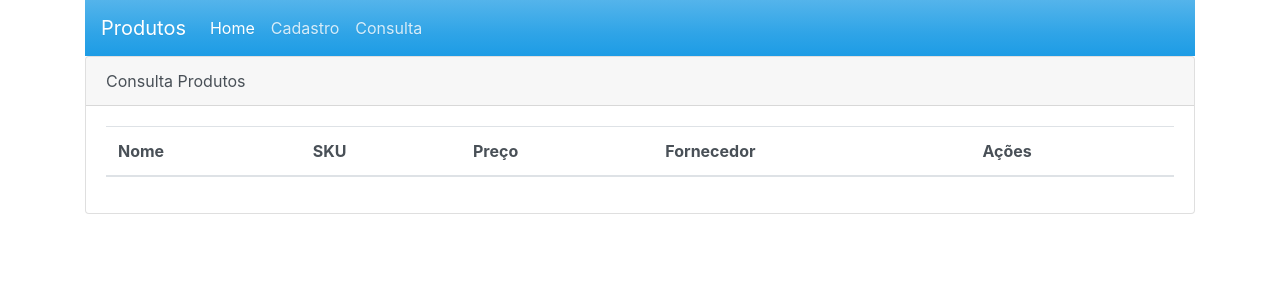
Repository: charles014/curso-react-2020
Page: /#/consulta-produtos (app in cadastro-produtos/)
An editor plug-in stored every save of this project. The page is shown before and after a run of saves, followed by the edit.
The browser window is 1280 px wide. The pictures show the whole page.
Some web libraries are served in a nearby version. The project was rebuilt for these pictures with package versions that can differ from the ones it lists, and the page was loaded fresh each time. Also part of the build but not shown: cadastro-produtos/src/index.css, cadastro-produtos/src/pages/produtos/cadastro.js, cadastro-produtos/src/pages/home.js.

Above is the page before, as saved 2020-09-21 11:33:11.

After the next 2 saves:
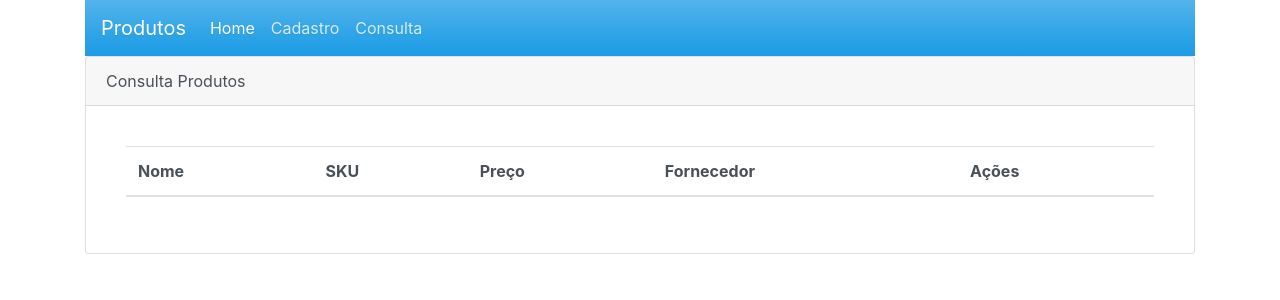
The 2 saves are shown as one change because 1 did not build or start.
The last was saved 47 s later.
--- a/cadastro-produtos/src/pages/produtos/consulta.js
+++ b/cadastro-produtos/src/pages/produtos/consulta.js
@@ -35,10 +35,7 @@
 
         return (
 
-            <div className="card">
-                <div className="card-header">
-                    Consulta Produtos
-            </div>
+            <Card header="Consulta Produtos">
                 <div className="card-body">
                     <table className="table table-hover">
                         <thead>
@@ -70,7 +67,7 @@
                         </tbody>
                     </table>
                 </div>
-            </div>
+            </Card>
 
         )
     }

After the 3 saves that followed:
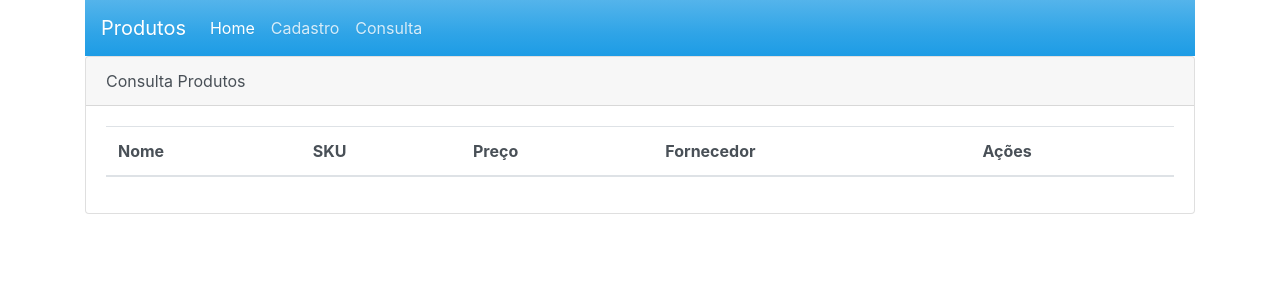
The 3 saves are shown as one change because 1 did not build or start and 1 left the picture as it was.
The last was saved 70 s later.
--- a/cadastro-produtos/src/pages/produtos/consulta.js
+++ b/cadastro-produtos/src/pages/produtos/consulta.js
@@ -1,6 +1,6 @@
 import React from 'react'
 import ProdutoService from '../../app/produtoService'
-import {withRouter} from 'react-router-dom'
+import { withRouter } from 'react-router-dom'
 import Card from '../../components/card'
 
 
@@ -9,14 +9,14 @@
         produtos: []
     }
 
-    constructor(){
+    constructor() {
         super()
         this.service = new ProdutoService();
     }
 
-    componentDidMount(){
+    componentDidMount() {
         const produtos = this.service.obterProdutos();
-        this.setState({produtos: produtos})
+        this.setState({ produtos: produtos })
     }
 
     preparaEditar = (sku) => {
@@ -26,8 +26,8 @@
     }
 
     deletar = (sku) => {
-        const produtos =  this.service.deletar(sku);
-        this.setState({produtos: produtos})
+        const produtos = this.service.deletar(sku);
+        this.setState({ produtos: produtos })
 
     }
 
@@ -36,7 +36,6 @@
         return (
 
             <Card header="Consulta Produtos">
-                <div className="card-body">
                     <table className="table table-hover">
                         <thead>
                             <tr>
@@ -49,7 +48,7 @@
                         </thead>
                         <tbody>
                             {
-                                this.state.produtos.map((produto,index) => {
+                                this.state.produtos.map((produto, index) => {
                                     return (
                                         <tr key={index}>
                                             <th>{produto.nome}</th>
@@ -57,8 +56,8 @@
                                             <th>{produto.preco}</th>
                                             <th>{produto.fornecedor}</th>
                                             <th>
-                                              <button onClick={() => this.preparaEditar(produto.sku)} className="btn btn-primary"> Editar</button>
-                                              <button onClick={() => this.deletar(produto.sku)} className="btn btn-danger"> Remover</button>
+                                                <button onClick={() => this.preparaEditar(produto.sku)} className="btn btn-primary"> Editar</button>
+                                                <button onClick={() => this.deletar(produto.sku)} className="btn btn-danger"> Remover</button>
                                             </th>
                                         </tr>
                                     )
@@ -66,7 +65,6 @@
                             }
                         </tbody>
                     </table>
-                </div>
             </Card>
 
         )
